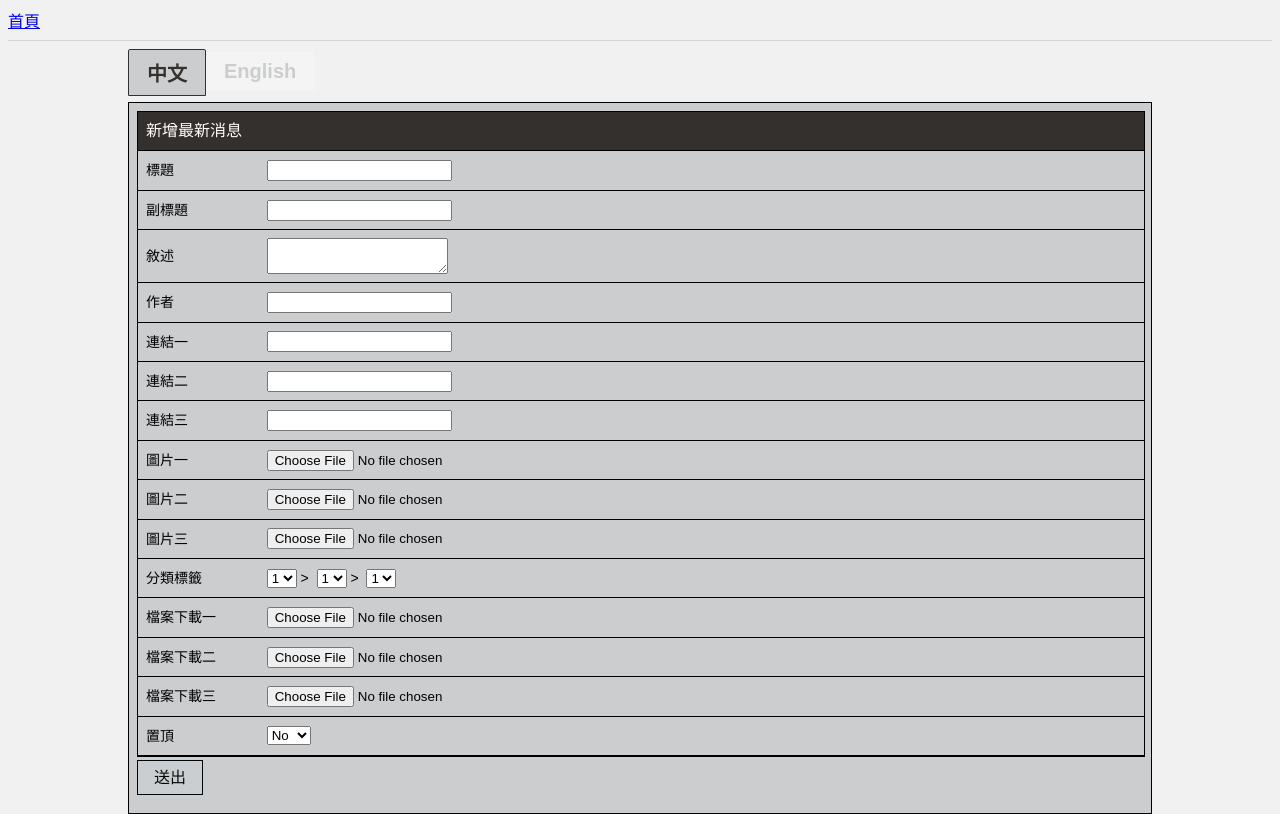
Repository: Naokiyuy/DigitalHum
Page: http://localhost/digital/backend/hotnews/hotnews-add.jsp
The author's editor kept a copy of each file at every save. The page is drawn from the files as they stood at one save, then again after the next save.
The browser window is 1280 px wide. The pictures show the whole page.
Some web libraries are served in a nearby version. The page is served by Tomcat 9.

Above is the page before, as saved 2015-03-11 19:40:16.

After the next save:
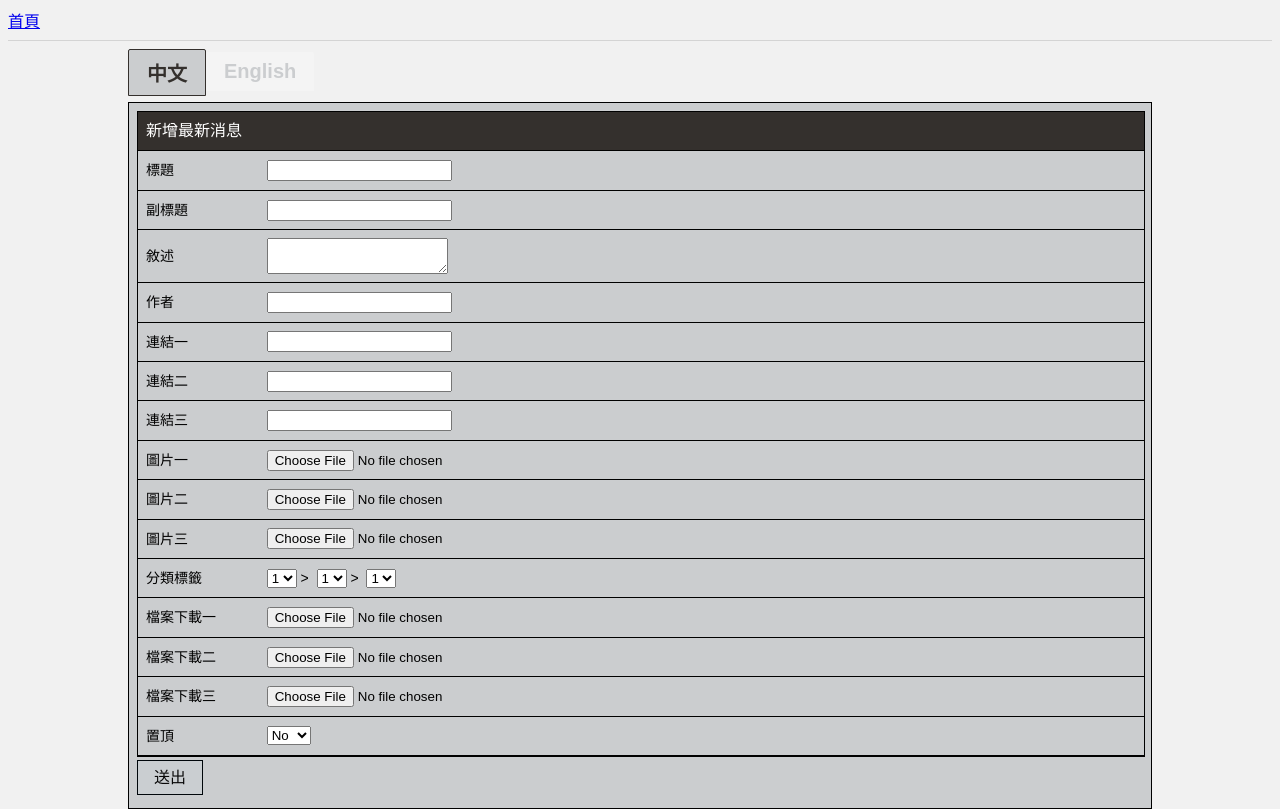
Saved 16 s later.
--- a/digital/src/main/webapp/backend/css/hotnews/add.css
+++ b/digital/src/main/webapp/backend/css/hotnews/add.css
@@ -122,7 +122,7 @@ body{
 	max-width:1024px;
 	margin-top:10px;
 	margin-right:auto;
-	margin-bottom: 15px;
+	margin-bottom: 10px;
 	margin-left:auto;
 }
 
